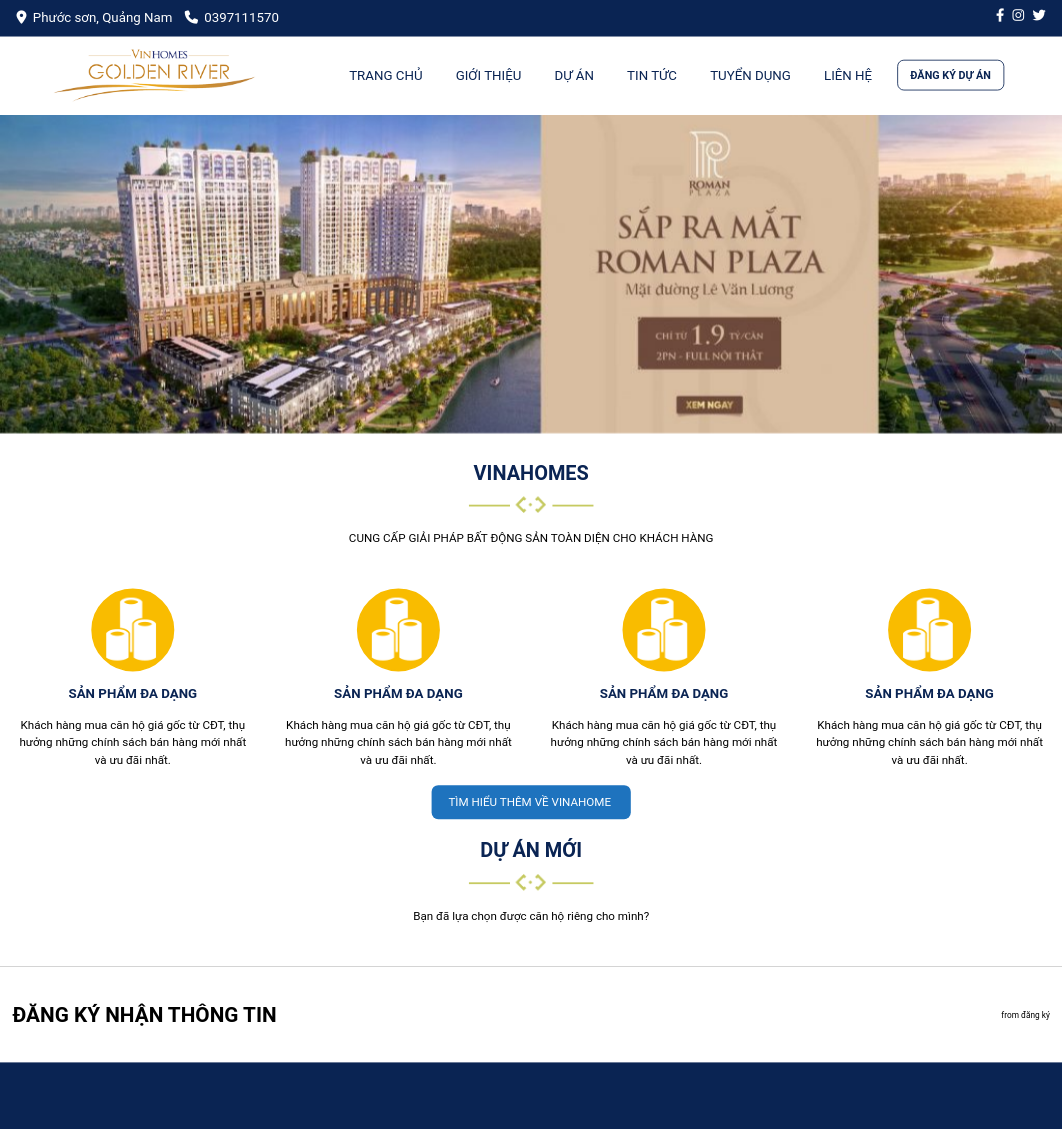
Repository: phamphuc2/fontend-bds
Page: index.html
The author's editor kept a copy of each file at every save. The page is drawn from the files as they stood at one save, then again after the next save.
The browser window is 1280 px wide. The pictures show the part of the page from y = 0 to 1360 px (the page is 1823 px tall before and 2069 px after), at 83% of full size.
A picture or video elsewhere on the page could not be fetched, so the positions and the page height are approximate. Some web libraries are served in a nearby version.

Above is the page before, as saved 2022-06-08 15:42:59.

### index.html
<!DOCTYPE html>
<html lang="en">

<head>
    <meta charset="UTF-8">
    <meta http-equiv="X-UA-Compatible" content="IE=edge">
    <meta name="viewport" content="width=device-width, initial-scale=1.0">
    <title>BDS</title>
    <!-- linl css -->
    <link rel="stylesheet" href="libs/slick/slick.css">
    <link rel="stylesheet" href="libs/slick/slick-theme.css">
    <link rel="stylesheet" href="./assets/css/bootstrap.css">
    <link rel="stylesheet" href="./assets/css/theme.css">
    <link rel="stylesheet " href="./style.css ">
    <!-- link thư viện -->
    <link rel="stylesheet " href="https://cdnjs.cloudflare.com/ajax/libs/font-awesome/6.1.1/css/all.min.css ">
    <!-- link font -->
    <link rel="preconnect" href="https://fonts.googleapis.com">
    <link rel="preconnect" href="https://fonts.gstatic.com" crossorigin>
    <link href="https://fonts.googleapis.com/css2?family=Roboto+Flex:opsz,wght@8..144,200;8..144,300;8..144,400;8..144,500;8..144,600;8..144,700;8..144,800;8..144,900&display=swap" rel="stylesheet">
</head>

<body>
    <!-- Header -->
    <header class="header">
        <div class="header-top">
            <div class="container">
                <div class="inner">
                    <div class="box-left">
                        <div class="map">
                            <i class="fa-solid fa-location-dot"></i>
                            <span>Phước sơn, Quảng Nam</span>
                        </div>
                        <div class="phone">
                            <i class="fa-solid fa-phone"></i>
                            <span>0397111570</span>
                        </div>
                    </div>
                    <div class="box-right">
                        <ul class="list-info">
                            <li class="item">
                                <a href="">
                                    <i class="fa-brands fa-facebook-f"></i>
                                </a>
                            </li>
                            <li class="item">
                                <a href="">
                                    <i class="fa-brands fa-instagram"></i>
                                </a>
                            </li>
                            <li class="item">
                                <a href="">
                                    <i class="fa-brands fa-twitter"></i>
                                </a>
                            </li>
                        </ul>
                    </div>
                </div>
            </div>
        </div>

        <div class="header-bottom">
            <div class="container">
                <div class="inner">
                    <div class="header-bottom-left">
                        <a href="">
                            <div class="logo">
                                <img src="./assets/images/logo.png" alt="">
                            </div>
                        </a>
                    </div>
                    <div class="header-bottom-right">
                        <ul class="menu">
                            <li>
                                <a href="./index.html">Trang chủ</a>
                            </li>
                            <li>
                                <a href="./about.html">Giới Thiệu</a>
                            </li>
                            <li>
                                <a href="./taxonomy.html">Dự Án</a>
                            </li>
                            <li>
                                <a href="./taxonomy.html">Tin Tức</a>
                            </li>
                            <li>
                                <a href="./blogs.html">Tuyển Dụng</a>
                            </li>
                            <li>
                                <a href="./contact.html">Liên hệ</a>
                            </li>
                        </ul>
                        <div class="btn-project">
                            <a href="">ĐĂNG KÝ DỰ ÁN</a>
                        </div>
                    </div>

                </div>
            </div>
        </div>
    </header>
    <!-- End header -->

    <!-- slide-home -->
    <section class="slide-home">
        <div class="box-slide">
            <div class="box-item">
                <div class="img-wrap">
                    <img src="/assets/images/slide-bg-1.jpg" alt="">
                </div>
                <div class="img-wrap">
                    <img src="./assets/images/slide-bg-2.jpg" alt="">
                </div>
                <div class="img-wrap">
                    <img src="./assets/images/slide-bg-3.jpg" alt="">
                </div>

            </div>
        </div>
        <div class="arrow">
            <a class="arrow-left">
                <i class="fa-solid fa-chevron-left icon-arrow-left"></i>
            </a>
            <a class="arrow-right">
                <i class="fa-solid fa-chevron-right icon-arrow-right"></i>
            </a>
        </div>
    </section>
    <!-- end slide-home -->

    <!-- section vinahome -->
    <section class="vinahome">
        <div class="container">
            <div class="row">
               <div class="col-12">
                    <div class="inner-top">
                        <h2 class="title">VINAHOMES</h2>
                        <div class="is-drive"></div>
                        <p class="desc">CUNG CẤP GIẢI PHÁP BẤT ĐỘNG SẢN TOÀN DIỆN CHO KHÁCH HÀNG</p>
                    </div>
               </div>
               <div class="col-lg-3">
                  <div class="item">
                        <div class="icon">
                            <img src="./assets/images/icon1.png" alt="">
                        </div>
                        <div class="content">
                            <h2 class="title">SẢN PHẨM ĐA DẠNG</h2>
                        <p class="desc">Khách hàng mua căn hộ giá gốc từ CĐT, thụ hưởng những chính sách bán hàng mới nhất và ưu đãi nhất.</p>
                        </div>
                  </div>
               </div>
               <div class="col-lg-3">
                <div class="item">
                      <div class="icon">
                          <img src="./assets/images/icon1.png" alt="">
                      </div>
                      <div class="content">
                          <h2 class="title">SẢN PHẨM ĐA DẠNG</h2>
                      <p class="desc">Khách hàng mua căn hộ giá gốc từ CĐT, thụ hưởng những chính sách bán hàng mới nhất và ưu đãi nhất.</p>
                      </div>
                </div>
             </div>
             <div class="col-lg-3">
                <div class="item">
                      <div class="icon">
                          <img src="./assets/images/icon1.png" alt="">
                      </div>
                      <div class="content">
                          <h2 class="title">SẢN PHẨM ĐA DẠNG</h2>
                      <p class="desc">Khách hàng mua căn hộ giá gốc từ CĐT, thụ hưởng những chính sách bán hàng mới nhất và ưu đãi nhất.</p>
                      </div>
                </div>
             </div>
             <div class="col-lg-3">
                <div class="item">
                      <div class="icon">
                          <img src="./assets/images/icon1.png" alt="">
                      </div>
                      <div class="content">
                          <h2 class="title">SẢN PHẨM ĐA DẠNG</h2>
                      <p class="desc">Khách hàng mua căn hộ giá gốc từ CĐT, thụ hưởng những chính sách bán hàng mới nhất và ưu đãi nhất.</p>
                      </div>
                </div>
             </div>
            <div class="col-12">
                <div class="btn-learn-about">
                    <a href="">
                        TÌM HIỂU THÊM VỀ VINAHOME
                        <svg width="30" height="8" viewBox="0 0 30 8" fill="none" xmlns="http://www.w3.org/2000/svg">
                            <path d="M29.3536 4.35355C29.5488 4.15829 29.5488 3.84171 29.3536 3.64645L26.1716 0.464466C25.9763 0.269204 25.6597 0.269204 25.4645 0.464466C25.2692 0.659728 25.2692 0.976311 25.4645 1.17157L28.2929 4L25.4645 6.82843C25.2692 7.02369 25.2692 7.34027 25.4645 7.53553C25.6597 7.7308 25.9763 7.7308 26.1716 7.53553L29.3536 4.35355ZM0 4.5H29V3.5H0V4.5Z" fill="#fff"></path>
                        </svg>
                    </a>

                </div>
            </div>

            </div>
        </div>
    </section>
    <!-- end section vinahome -->

    <!-- section project -->
        <section class="project">
            <div class="container">
                <div class="row">
                    <div class="col-12">
                        <div class="inner-top">
                            <h2 class="title">DỰ ÁN MỚI</h2>
                            <div class="is-drive"></div>
                            <p class="desc">Bạn đã lựa chọn được căn hộ riêng cho mình?</p>
                        </div>
                   </div>
                </div>
            </div>
        </section>
    <!-- end section project -->
    <!-- footer -->
    <footer class="footer">
        <div class="footer-top">
            <div class="container">
                <div class="item">
                    <div class="title">ĐĂNG KÝ NHẬN THÔNG TIN</div>
                    <div class="from">
                        from đăng ký
                    </div>
                </div>
            </div>
        </div>
        <div class="footer-main">
            <div class="container">
                <div class="row">
                    <div class="col-md-6 col-lg-3">
                        <div class="footer-info">
                            <span class="title">THÔNG TIN LIÊN HỆ</span>
                            <ul class="box-info">
                                <li class="item">
                                    <i class="fa-solid fa-location-dot icon-footer"></i>
                                    <a href="" class="text">Phước Sơn, Quảng Nam</a>
                                </li>
                                <li class="item">
                                    <i class="fa-solid fa-phone icon-footer"></i>
                                    <a href="" class="text">0397111570</a>
                                </li>
                                <li class="item">
                                    <i class="fa-solid fa-envelope-open-text icon-footer"></i>
                                    <a href="" class="text">mac.convstar@gmail.com</a>
                                </li>
                                <li class="item">
                                    <i class="fa-brands fa-skype icon-footer"></i>
                                    <a href="" class="text">phamphuc</a>
                                </li>
                            </ul>
                        </div>
                    </div>
                    <div class="col-md-6 col-lg-3">
                        <div class="box-link">
                            <span class="title">LIÊN KẾT</span>
                            <ul class="item-link">
                                <li class="item">
                                    <a href="">Giới thiệu</a>
                                </li>
                                <li class="item">
                                    <a href="">Đồng hồ nam</a>
                                </li>
                                <li class="item">
                                    <a href="">Đồng hồ nữ</a>
                                </li>
                                <li class="item">
                                    <a href="">Blogs</a>
                                </li>
                                <li class="item">
                                    <a href="">Liên hệ</a>
                                </li>
                            </ul>
                        </div>
                    </div>
                    <div class="col-md-6 col-lg-3">
                        <div class="box-link">
                            <span class="title">HỖ TRỢ KHÁCH HÀNG</span>
                            <ul class="item-link">
                                <li class="item">
                                    <a href="">Hướng dẫn mua hàng</a>
                                </li>
                                <li class="item">
                                    <a href="">Hướng dẫn thanh toán</a>
                                </li>
                                <li class="item">
                                    <a href="">Chính sách bảo hành</a>
                                </li>
                                <li class="item">
                                    <a href="">Chính sách đổi trả</a>
                                </li>
                                <li class="item">
                                    <a href="">Tư vấn khách hàng</a>
                                </li>
                            </ul>
                        </div>
                    </div>
                    <div class="col-md-6 col-lg-3">
                        <div class="footer-social">
                            <span class="title">PP STORE ON SOCIAL</span>
                            <ul class="box-social">
                                <li class="item-social">
                                    <a href="">
                                        <i class="fa-brands fa-facebook-f icon-social"></i>
                                    </a>
                                </li>
                                <li class="item-social">
                                    <a href="">
                                        <i class="fa-brands fa-instagram icon-social"></i>
                                    </a>
                                </li>
                                <li class="item-social">
                                    <a href="">
                                        <i class="fa-brands fa-twitter icon-social"></i>
                                    </a>
                                </li>
                                <li class="item-social">
                                    <a href="">
                                        <i class="fa-solid fa-rss icon-social"></i>
                                    </a>
                                </li>
                                <li class="item-social">
                                    <a href="">
                                        <i class="fa-brands fa-linkedin-in icon-social"></i>
                                    </a>
                                </li>
                            </ul>
                            <span class="title">CHỨNG NHẬN PP STORE</span>
                            <div class="footer-vn_registered">
                                <img src="./assets/images/chungnhan.png" alt="">
                            </div>
                        </div>
                    </div>
                </div>
            </div>
        </div>
        <div class="footer-bottom">
            <div class="container">
                <div class="copy-right">© Bản quyền thuộc về . Thiết kế website PP Store </div>
            </div>
        </div>
    </footer>
    <!-- footer -->








    <script src="./assets/js/jquery.min.js"></script>
    <script src="libs/slick/slick.min.js"></script>
    <script src="./assets/js/theme.js"></script>
</body>

</html>

### style.css
/*!
    Theme Name: ppstore
    Theme URI: https://ppstore.vn
    Author: Sticky.vn
    Author URI: https://ppstore.vn
    Description: Website duoc thiet ke boi ppstore
    Version: 1.0.0
    License: GNU General Public License v2 or later
    License URI: LICENSE
    Text Domain: ppstore
*/


/*
|--------------------------------------------------------------------------
| Theme CSS
|--------------------------------------------------------------------------
|
| About author: https://ppstore.vn/
|
*/

:root {
    --primary-color: #EDD54B;
    --btn-color: #78944F;
    --background-main: #E5E5E5;
    --white-color: #ffffff;
    --dark-color: #373737;
    --gray-color: #D3D3D3;
    --gray-color-2: #F2F2F2;
    --text-color: #000;
    --border-color: #5A6B31;
    --font-family: 'Roboto', sans-serif;
    --border-radius: 8px;
}

.container {
    width: 1400px;
    max-width: 100%;
    margin: 0 auto;
    padding-left: 15px;
    padding-right: 15px;
}

html {
    font-family: var(--font-family);
    font-size: 62.5%;
    /*tương đương 10px*/
    line-height: 1.5;
    background-color: var(--white-color);
    overflow-x: hidden;
}

h1,
h2,
h3,
h4,
h5,
h6,
strong {
    font-family: var(--font-family), sans-serif;
    font-weight: bold;
}

ul,
ol {
    list-style: none;
}

a {
    color: var(--text-color);
    text-decoration: none;
    transition: all .3s ease-in-out;
    -webkit-transition: all .3s ease-in-out;
}

img {
    width: 100%;
    height: auto;
    object-fit: cover;
    transition: all .3s ease-in-out;
    -webkit-transition: all .3s ease-in-out;
}

.img-wrap {
    position: relative;
    height: auto;
    overflow: hidden;
    background-position: 50% 50%;
    background-size: cover;
    padding-top: 56.25%;
}

.img-wrap img {
    display: inline-block;
    vertical-align: middle;
    max-width: 100%;
    transform: translateZ(0);
    margin: 0 auto;
    right: 0;
    width: 100%;
    height: 100%;
    bottom: 0;
    left: 0;
    top: 0;
    position: absolute;
    object-position: 50% 50%;
    object-fit: cover;
}

.block-title {
    width: 80%;
    margin: 0 auto;
    margin-bottom: 32px
}

.block-title .title {
    font-family: var(--font-family);
    font-weight: 400;
    font-size: 3.2rem;
    line-height: 31px;
    color: var(--text-color);
    text-transform: uppercase;
}

.text-center {
    text-align: center;
}

.bg-image {
    background-repeat: no-repeat;
    background-position: center;
    background-size: cover;
}

.d-flex_align-center {
    display: flex;
    align-items: center;
}

.grid {
    display: flex;
    flex-wrap: wrap;
    margin-left: -20px;
}

.grid-item {
    padding-left: -20px;
}

.btn,
button {
    background: transparent;
    border: none;
    font-size: 1.4rem;
    outline: none;
}

.btn-border {
    border: 1px solid var(--border-color);
    border-radius: 8px;
    color: var(--border-color);
    font-weight: 500;
}

.section {
    padding: 40px 0;
}


/* Responsive */

@media screen and (max-width: 991px) {}

@media screen and (max-width: 767px) {}


/* End Responsive */

Loaded but not shown: libs/slick/slick.css (common file); libs/slick/slick-theme.css (library); assets/css/bootstrap.css (library); assets/js/jquery.min.js (library); libs/slick/slick.min.js (library); assets/js/theme.js (88 lines, source omitted); assets/css/theme.css (401 lines, source omitted)

After the next save:
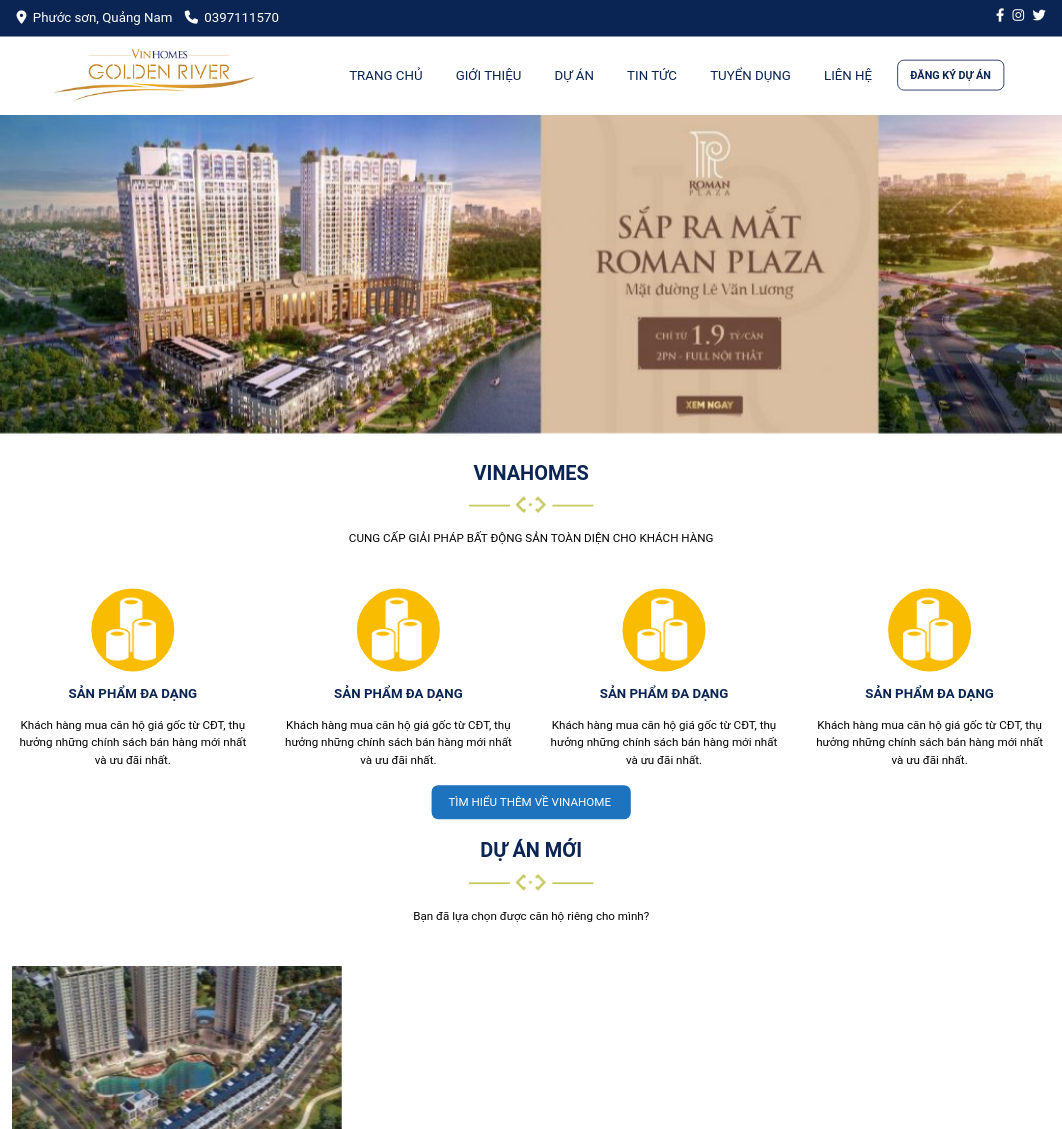
Saved 4 min 8 s later.
--- a/index.html
+++ b/index.html
@@ -211,6 +211,16 @@
                             <p class="desc">Bạn đã lựa chọn được căn hộ riêng cho mình?</p>
                         </div>
                    </div>
+                   <div class="col-lg-4">
+                       <a href="" class="item">
+                           <div class="img-wrap">
+                               <img src="./assets/images/project1.jpg" alt="">
+                           </div>
+                           <div class="item-content">
+                               <h2 class="title">HATECO APOLLO XUÂN PHƯƠNG</h2>
+                           </div>
+                       </a>
+                   </div>
                 </div>
             </div>
         </section>
